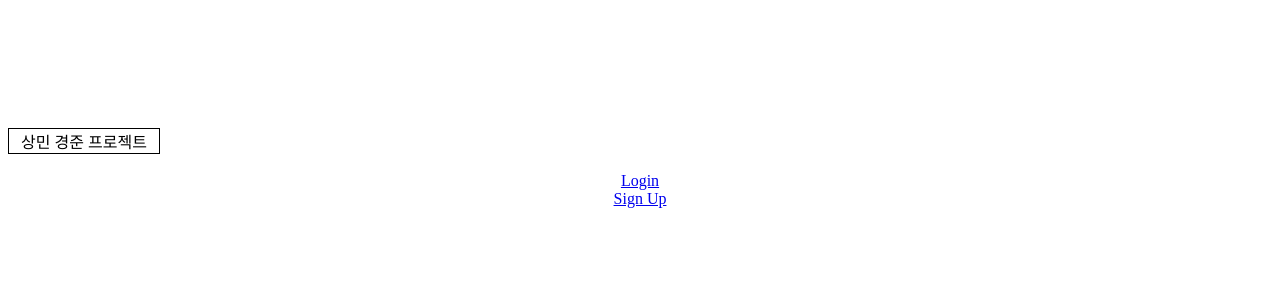
Repository: smandkd/Multicampus_Frontend
Page: http://localhost/Mulcam_Project/jsp/start.jsp
The author's editor kept a copy of each file at every save. The page is drawn from the files as they stood at one save, then again after the next save.
The browser window is 1280 px wide. The pictures show the whole page.
The page is served by Tomcat 9.

Above is the page before, as saved 2022-01-30 02:24:56.

### Mulcam_Project/jsp/start.jsp
<%@ page contentType="text/html; charset=utf-8"
    pageEncoding="EUC-KR"%>
<!DOCTYPE html>
<html>
<head>
<meta name="viewport" content="width=device-width, initial-scale=1.0">
<style type="text/css">
.a {
	text-align:center;
	padding-top:120px;
}
#b {
	border:1px solid;
	width:150px;

}
</style>
</head>
<body>
<div class="a">
<div id="b">
 상민 경준 프로젝트
</div>
 <br/>
 	<a href="test_login.jsp">Login</a>
 	<br/>
 	<a href="test_signup.jsp">Sign Up</a>
</div>

</body>
</html>
<!--
 메인페이지

-- 로그인, 회원가입
-->

After the next save:
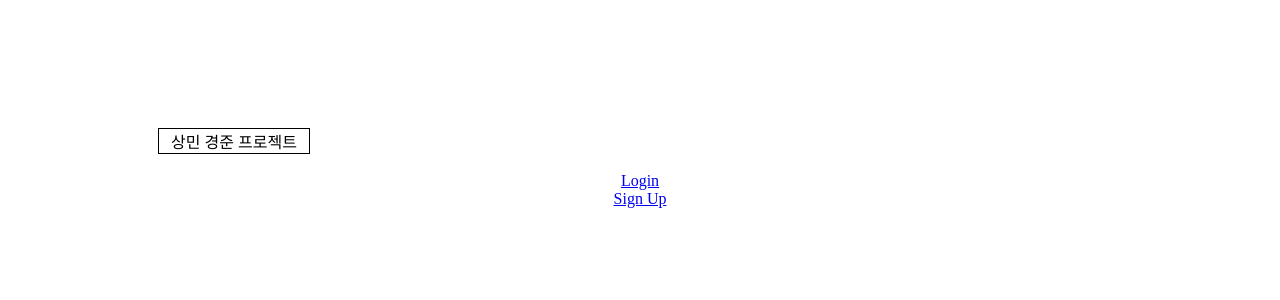
Saved 2 min 1 s later.
--- a/Mulcam_Project/jsp/start.jsp
+++ b/Mulcam_Project/jsp/start.jsp
@@ -12,7 +12,8 @@
 #b {
 	border:1px solid;
 	width:150px;
-
+	margin-left:150px;
+	margin-right:150px;
 }
 </style>
 </head>
